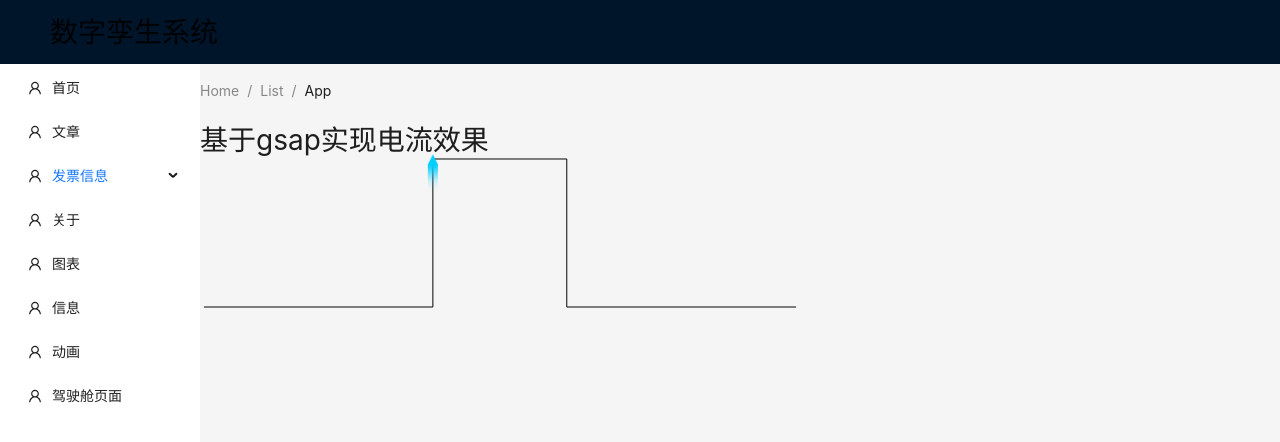
Repository: HailiePan/webpack-react-practice
Page: /animation
The author's editor kept a copy of each file at every save. The page is drawn from the files as they stood at one save, then again after a run of saves.
The browser window is 1280 px wide. The pictures show the whole page.
The project was rebuilt for these pictures with package versions that can differ from the ones it lists, and the page was loaded fresh each time. Also part of the build but not shown: src/pages/Animation/component/ScrollAnimation/index.jsx, src/pages/Home.jsx, src/pages/Invoices/index.jsx, src/pages/Invoices/Invoice.jsx, src/pages/Invoices/Pending.jsx, src/pages/Invoices/Complete.jsx, src/components/CommonBox/index.less, src/components/CommonBox/index.jsx and 27 more.

Above is the page before, as saved 2024-01-24 16:53:45.

### index.html
<!--
 * Author  hailie.pan
 * Date  2023-10-08 16:03:03
 * LastEditors  hailie.pan
 * LastEditTime  2023-10-08 16:03:04
 * Description  file content
-->
<!--
 * Author  hailie.pan
 * Date  2023-10-07 17:34:05
 * LastEditors  hailie.pan
 * LastEditTime  2023-10-07 17:34:06
 * Description  file content
-->
<!DOCTYPE html>
<html lang="en">
  <head>
    <meta charset="UTF-8" />
    <meta http-equiv="X-UA-Compatible" content="IE=edge" />
    <meta name="viewport" content="width=device-width, initial-scale=1.0" />
    <title>Document</title>
  </head>
  <body>
    <div id="app"></div>
  </body>
</html>

### src/index.jsx
/*
 * Author  hailie.pan
 * Date  2023-10-07 17:16:58
 * LastEditors  hailie.pan
 * LastEditTime  2023-10-24 17:39:40
 * Description  file content
 */
import React, { StrictMode } from "react";
import * as ReactDOM from "react-dom/client";
import { BrowserRouter, useRoutes } from "react-router-dom";
import { routes } from "@/router";
const App = () => {
  return useRoutes(routes);
};
const root = ReactDOM.createRoot(document.getElementById("app"));
// v18 的新方法
root.render(
  <StrictMode>
    <BrowserRouter>
      <App />
    </BrowserRouter>
  </StrictMode>
);

// BrowserRouter下直接渲染useRoutes,routes里配置好路径对应的组件
// 然后就会显示路径对应的组件
// useRoutes(routes)必须在函数里写着

### src/router/index.js
/*
 * @Author: Hailie.Pan
 * @Date: 2023-11-28 10:30:45
 * @LastEditors: Hailie.Pan
 * @LastEditTime: 2024-01-11 10:41:08
 * @Description:
 */
/*
 * Author  hailie.pan
 * Date  2023-10-13 17:13:27
 * LastEditors  hailie.pan
 * LastEditTime  2023-11-28 10:30:45
 * Description  file content
 */
import React from "react";
import { useRoutes } from "react-router-dom";

import BaseLayout from "@/BaseLayout";

import Home from "@/pages/Home";
import Invoices from "@/pages/Invoices";
import Invoice from "@/pages/Invoices/Invoice";
import Pending from "@/pages/Invoices/Pending";
import Complete from "@/pages/Invoices/Complete";
import About from "@/pages/About";
import Article from "@/pages/Article";
import ControlRoomFirstPage from "@/pages/ControlRoomFirstPage";
import Chart from "@/pages/Chart";
import Info from "@/pages/Info";
import Animation from '@/pages/Animation'

const routes = [
  {
    path: "/",
    element: <BaseLayout />,
    name: "一级场景",
    children: [
      { path: "/home", element: <Home />, name: "首页" },
      { path: "/article", element: <Article />, name: "文章" },
      {
        // path: "/invoices",
        // element: <Invoices />,
        name: "发票信息",
        children: [
          {
            path: "/invoices/invoicesDetail/:id",
            element: <Invoice />,
            name: "发票1详情",
          },
          {
            path: "/invoices/pending",
            element: <Pending />,
            name: "发票2详情",
          },
          {
            path: "/invoices/complete",
            element: <Complete />,
            name: "发票3详情",
          },
        ],
      },

      {
        path: "/about",
        element: <About />,
        name: "关于",
      },
      {
        path: "/chart",
        element: <Chart />,
        name: "图表",
      },
      {
        path: "/info",
        element: <Info />,
        name: "信息",
      },
      {
        path: "/animation",
        element: <Animation />,
        name: "动画",
      },
    ],
  },
  {
    path: "/controlRoomFirstPage",
    element: <ControlRoomFirstPage />,
    name: "驾驶舱页面",
  },
];

export { routes };

### src/BaseLayout/index.jsx
/*
 * Author  hailie.pan
 * Date  2023-10-13 17:28:32
 * LastEditors  hailie.pan
 * LastEditTime  2023-12-04 10:37:50
 * Description  file content
 */

import React, {useEffect, useCallback, useState, useMemo } from 'react';
import { LaptopOutlined, NotificationOutlined, UserOutlined } from '@ant-design/icons';
import { Breadcrumb, Layout, Menu, theme } from 'antd';
import { Link, NavLink, useRoutes, Navigate, Outlet } from 'react-router-dom';
import { gsap } from "gsap";
import { ScrollTrigger } from 'gsap/ScrollTrigger.js'
import { routes } from '@/router';
import StateContext from './data.js';
import styles from './index.less';
import ScrollAnimation from '@/pages/Animation/component/ScrollAnimation'
const { Header, Content, Sider } = Layout;

export default function BaseLayout() {
  // console.log("routes", routes);
  const [selectedMenuKeys, setSelectedMenuKeys] = useState([]);

  // useMemo缓存菜单的计算方法，避免每次刷新时都计算一遍
  // 这个菜单的算法还是不太优美，不好维护
  let showMenu = useMemo(
    () =>
      routes
        .map((item, index) => {
          if (item.children) {
            const arr2 = item.children.map((c, cIndex) => {
              return {
                key: cIndex,
                icon: React.createElement(UserOutlined),
                name: c.name,
                label: (
                  <NavLink to={c.path} state={'From App'}>
                    {c.name}
                  </NavLink>
                ),
                children: c?.children?.map((t, tIndex) => ({
                  key: `${cIndex}-${tIndex}`,
                  icon: React.createElement(UserOutlined),
                  name: t.name,
                  label: <NavLink to={t.path}>{t.name}</NavLink>
                }))
              };
            });
            return arr2;
          } else {
            return {
              key: 'dandu' + index,
              icon: React.createElement(UserOutlined),
              name: item.name,
              label: (
                <NavLink to={item.path} state={'From App'}>
                  {item.name}
                </NavLink>
              )
            };
          }
        })
        .flat(), // arr2是个数组，放到showMenu数组里需要拉平
    []
  );
  showMenu.flat();
  // console.log("showMenu", showMenu);

  const menuArr = [
    {
      key: 0,
      icon: React.createElement(UserOutlined),
      label: (
        <NavLink to="/home" state={'From App'}>
          首页
        </NavLink>
      )
    },

    {
      key: 1,
      icon: React.createElement(LaptopOutlined),
      label: <NavLink to="invoices">发票信息</NavLink>,
      children: [
        {
          key: '1-0',
          label: <NavLink to="/invoices/invoicesDetail/1?a=a&b=b">发票1详情页</NavLink>
        },
        {
          key: '1-1',
          label: <NavLink to="/invoices/pending?fromPage=菜单点击">发票2详情页</NavLink>
        },
        {
          key: '1-2',
          label: (
            <NavLink to="/invoices/complete" state={'左侧菜单点击'}>
              发票3详情页
            </NavLink>
          )
        }
      ]
    },
    {
      key: 2,
      icon: React.createElement(NotificationOutlined),
      label: <NavLink to="about">关于</NavLink>
    },
    {
      key: 3,
      icon: React.createElement(NotificationOutlined),
      label: <NavLink to="controlRoomFirstPage">驾驶舱页面</NavLink>
    },
    {
      key: 4,
      icon: React.createElement(LaptopOutlined),
      label: <NavLink to="article">文章</NavLink>
    }
  ];

  const onSelectMenu = ({ item, key, keyPath, selectedKeys, domEvent }) => {
    setSelectedMenuKeys([key]);
  };

  const [state, setState] = useState('playing');

  // useEffect(()=>{
  //   gsap.registerPlugin(ScrollTrigger)
  //     // 绿色方块
  //     gsap.to("#ewrwer", {
  //       rotation: 900,
  //       x:400,
  //       duration: 1,
  //       scrollTrigger: {
  //         trigger: '#ewrwer', // 动画的元素
  //         scroller: document.getElementById('21321'), // 滚动的元素
  //         scrub: 2,
  //         markers: true,
  //       },

  //     });
  // },[])

  return (
    <Layout className={styles.layoutWrap}>
{/*
      <div className={styles.box} id='21321'>
        <div className={styles.green} id='ewrwer'></div>
        <div style={{height:'1000px'}} />
      </div> */}

      {/* <ScrollAnimation /> */}


      <Header className={styles.header}>
        <div className={styles.logo} />

        <h1>数字孪生系统</h1>
      </Header>

      <Layout>
        <Sider className={styles.sider}>
          <Menu
            mode="inline"
            // defaultSelectedKeys={["0"]}
            // defaultOpenKeys={["sub1"]}
            style={{
              height: '100%',
              borderRight: 0
            }}
            items={showMenu}
            selectedKeys={selectedMenuKeys}
            onSelect={onSelectMenu}
          />
        </Sider>

        <Layout className={styles.rightLayout}>
          <Breadcrumb
            style={{
              margin: '16px 0'
            }}
          >
            <Breadcrumb.Item>Home</Breadcrumb.Item>
            <Breadcrumb.Item>List</Breadcrumb.Item>
            <Breadcrumb.Item>App</Breadcrumb.Item>
          </Breadcrumb>

          <StateContext.Provider value={{ state, setState }}>
            <Content className={styles.content} id='content'>
              <Outlet />
            </Content>
          </StateContext.Provider>
        </Layout>
      </Layout>
    </Layout>
  );
}

### src/pages/Animation/index.jsx
/*
 * @Author: Hailie.Pan
 * @Date: 2024-01-11 10:41:16
 * @LastEditors: Hailie.Pan
 * @LastEditTime: 2024-01-24 15:25:22
 * @Description:
 */
import React, { useRef, useEffect, useState } from 'react';
import { gsap } from 'gsap';
import { ScrollTrigger } from 'gsap/ScrollTrigger.js';
import MoveBox from './component/MoveBox';
import MoveOnPath from './component/MoveOnPath';
import CanvasDraw from './component/CanvasDraw';
import TimeLine from './component/TimeLine';
import ScrollAnimation from './component/ScrollAnimation';
import ScrollAnimation2 from './component/ScrollAnimation2';
import ImitateElectricity from './component/ImitateElectricity';
import DraggableCom from './component/DraggableCom';
import styles from './index.module.less';

export default function Animation() {
  let obj = { myNum: 10, myColor: 'red' };

  useEffect(() => {
    // stagger 依次执行动画
    // gsap.to([boxRef.current, boxRef2.current, boxRef3.current], {
    //   rotation: 360,
    //   stagger:1,
    //   duration:2
    // });

    gsap.to(obj, {
      myNum: 200,
      myColor: 'blue',
      onUpdate: () => {
        console.log('onUpdate', obj.myColor);
      },
      onComplete: () => console.log('onComplete', obj.myNum, obj.myColor)
    });
  }, []);

  return (
    <div className={styles.wrap}>
      {/* <MoveBox /> */}

      {/* 在canvas中驱动元素绘制 */}
      {/* <CanvasDraw /> */}

      {/* 时间线动画 stagger依次错开 */}
      {/* <TimeLine /> */}

      {/* 元素沿SVG路径移动 */}
      {/* <MoveOnPath /> */}

      {/* 把canvas的效果和gsap的效果放在一起对比 */}
      {/* 模拟电流效果 */}
      <ImitateElectricity />

      {/* 滚动动画 */}
      {/* <ScrollAnimation /> */}

      {/* 滚动动画 */}
      {/* <ScrollAnimation2 /> */}

      {/* 可拖拽 */}
      {/* <DraggableCom /> */}
    </div>
  );
}

### src/BaseLayout/data.js
/*
 * Author  hailie.pan
 * Date  2023-11-28 10:20:25
 * LastEditors  hailie.pan
 * LastEditTime  2023-11-28 10:26:27
 * Description  file content
 */
import { createContext } from "react";

const StateContext = createContext({});

export default StateContext;

### src/BaseLayout/index.less
body {
  margin: 0;
  // height: 200vh;
}


.layoutWrap {
  height: 100vh;
  overflow-y: auto;
}

.box{
  height: 200px;
  overflow-y: auto;
  // border: 1px solid rgb(239, 200, 151);
}
.green{
  width: 50px;
  height: 50px;
  background-color: green;
  border-radius: 4px;
  margin: 0 auto;
  position: fixed;
  top: 50%;
  left: 50%;
}
.header {
  display: flex;
  align-items: center;

  .logo {
    width: 100px;
    height: 40px;
    background: rgba(255, 255, 255, 0.5);
    margin-right: 20px;
  }
  h1 {
    color: #fff;
    padding: 0;
    margin: 0;
  }
}
@colorBgContainer: #fff;
.sider {
  width: 200;
  background: @colorBgContainer;
}
.rightLayout {
  padding: 0 24px 24px;
}

.content {
  padding: 24px;
  margin: 0;
  min-height: 280px;
  background: @colorBgContainer;
  // border: 1px solid green; // 高度没有被页面的高度撑开
  // height: auto;
  overflow-y: scroll;
}

### src/pages/home.less
@color: rgb(248, 157, 39);

@font-face {
  font-family: "DIN";
  src: url("@/assets/fonts/庞门正道标题体2.0增强版.ttf");
  font-style: normal;
  font-weight: normal;
}
.wrapper {
  font-weight: 700;
  color: #333;

  ul {
    color: @color;
    // list-style-type: none;
  }
  .fontStyle {
    font-family: "DIN";
  }

  .box {
    height: 500px;
    margin-top: 20px;
    display: flex;
    .item {
      flex-shrink: 1; //属性定义了项目的缩小比例，默认为1，即如果空间不足，该项目将缩小
      flex-grow: 1; // 定义项目的放大比例，默认为0，即如果存在剩余空间，也不放大
      width: 300px;
      background-color: #fce09e;
      border: 1px solid rgb(255, 162, 0);
    }
  }
  .showImg {
    display: flex;
    img {
      width: 100px;
      height: 100px;
      margin-top: 10px;
      display: block;
    }
  }
}

### src/pages/Animation/component/ImitateElectricity/index.jsx
/*
 * @Author: Hailie.Pan
 * @Date: 2024-01-16 22:18:53
 * @LastEditors: Hailie.Pan
 * @LastEditTime: 2024-01-24 16:53:45
 * @Description:
 */
import React, { useEffect, useRef } from 'react';
import { gsap } from 'gsap';
import { MotionPathPlugin, MotionPathHelper } from 'gsap/all';
import { Button } from 'antd';
import styles from './index.module.less';

export default function ImitateElectricity() {
  const jiantou = useRef();
  const jiantou2 = useRef();

  // 注册插件
  gsap.registerPlugin(MotionPathPlugin);
  const tl = gsap.timeline({ repeat: -1 });

  useEffect(() => {
    gsap.set([jiantou.current, jiantou2.current], { scale: 0.5, autoAlpha: 1 });
    gsap.set([jiantou2.current], { opacity: 0 });

    tl.to([jiantou.current], {
      duration: 2,
      ease: 'none',
      immediateRender: true,
      // stagger: 2, // 间隔时间
      motionPath: {
        path: '#xianlu', // 路径
        align: '#xianlu', // 对齐到路径
        alignOrigin: [0.5, 0.5], // 对齐原点
        autoRotate: 90, // 沿路径方向旋转角度
        end: 0.25
      }
    });
    tl.to([jiantou.current], {
      duration: 0.25,
      opacity: 0
    });
    tl.to(
      [jiantou2.current],
      {
        duration: 0.25,
        opacity: 1
      },
      '<'
    );

    tl.to([jiantou2.current], {
      duration: 1.5,
      ease: 'none',
      immediateRender: true,
      // stagger: 2, // 间隔时间
      // repeatDelay: 0.5,
      motionPath: {
        path: '#xianlu', // 路径
        align: '#xianlu', // 对齐到路径
        alignOrigin: [0.5, 0.5], // 对齐原点
        autoRotate: 90, // 沿路径方向旋转角度
        start: 0.28,
        end: 0.41
      }
    });

    // gsap.registerPlugin(MotionPathPlugin, MotionPathHelper)
  }, []);

  return (
    <div>
      <h1>基于gsap实现电流效果</h1>
      {/* svg路径必须是path */}
      <svg class={styles.motionPath} viewBox="0 0 600 152">
        <path fill="none" stroke="#000" d="m0,151h231.97V1h135.69v150h232.35" />
        <path
          id="xianlu"
          fill="none"
          stroke="none"
          d="m0,151h225.12c3.78,0,6.85-3.06,6.85-6.85V8.04c0-3.89,3.15-7.04,7.04-7.04h121.97c3.69,0,6.68,2.99,6.68,6.68v136.63c0,3.69,3,6.69,6.69,6.69h225.66"
        />
      </svg>

      <div className={styles.jiantou} ref={jiantou}></div>
      <div className={styles.jiantou} ref={jiantou2}></div>
    </div>
  );
}

### src/pages/Animation/component/ScrollAnimation/index.module.less

.wrap{
  border:1px solid red;
  height: 600px;
  background-color: #111;
  color: white;
  // overflow-x: hidden;
  overflow-y: scroll;
}
h1, h2 {
  margin: 0;
  font-weight: 400;
  max-width: none;
}
.headerSection{
  height: 400px;
  line-height: 400px;
  border: 1px solid rgb(255, 140, 0);
}

.comparisonSection {
  position: relative;
  padding-bottom: 56.25%; /* to maintain aspect ratio (responsive!) */
  border: 1px solid yellow;

  .comparisonImage {
    width: 100%;
    height: 100%;

    img {
      width: 100%;
      height: 100%;
      position: absolute;
      top: 0;
    }
  }

  .afterImage {
    position: absolute;
    overflow: hidden;
    top: 0;
    transform: translate(100%, 0px);
    img {
      transform: translate(-100%, 0px);
    }
  }
}

### src/pages/Animation/component/ImitateElectricity/index.module.less
.motionPath {
  overflow: visible;
  width: 600px;
  height: 150px;
}

.jiantou {
  width: 20px;
  height: 77px;
  background: url('./assets/jiantou2.png');
}

After the next 2 saves:
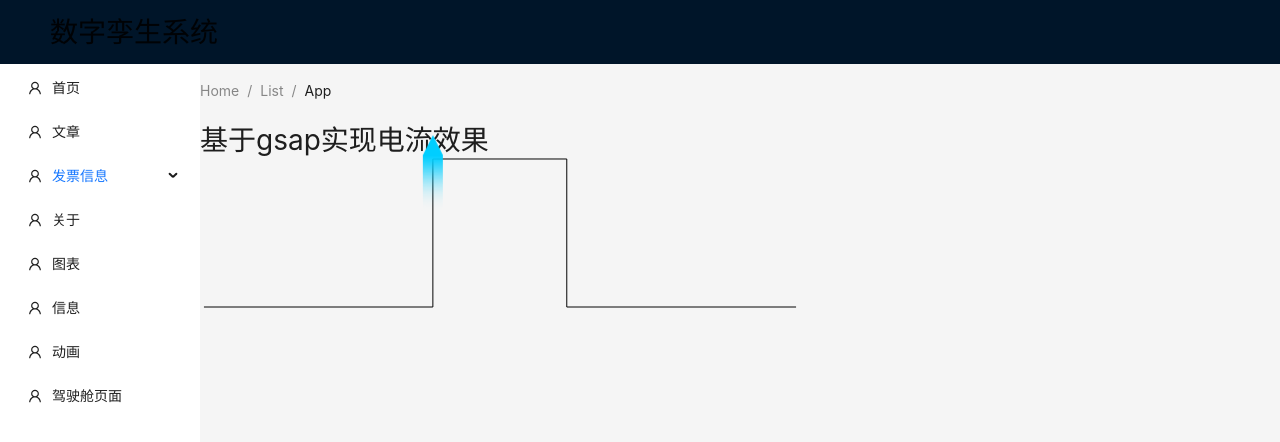
The 2 saves are shown as one change because 1 did not build or start.
The last was saved 89 s later.
--- a/src/pages/Animation/component/ImitateElectricity/index.jsx
+++ b/src/pages/Animation/component/ImitateElectricity/index.jsx
@@ -2,7 +2,7 @@
  * @Author: Hailie.Pan
  * @Date: 2024-01-16 22:18:53
  * @LastEditors: Hailie.Pan
- * @LastEditTime: 2024-01-24 16:53:45
+ * @LastEditTime: 2024-01-24 16:55:14
  * @Description:
  */
 import React, { useEffect, useRef } from 'react';
@@ -19,10 +19,10 @@
   gsap.registerPlugin(MotionPathPlugin);
   const tl = gsap.timeline({ repeat: -1 });
 
+  // gsap.set([jiantou.current, jiantou2.current], { scale: 0.5, autoAlpha: 1 });
+
   useEffect(() => {
-    gsap.set([jiantou.current, jiantou2.current], { scale: 0.5, autoAlpha: 1 });
     gsap.set([jiantou2.current], { opacity: 0 });
-
     tl.to([jiantou.current], {
       duration: 2,
       ease: 'none',

After the 3 saves that followed:
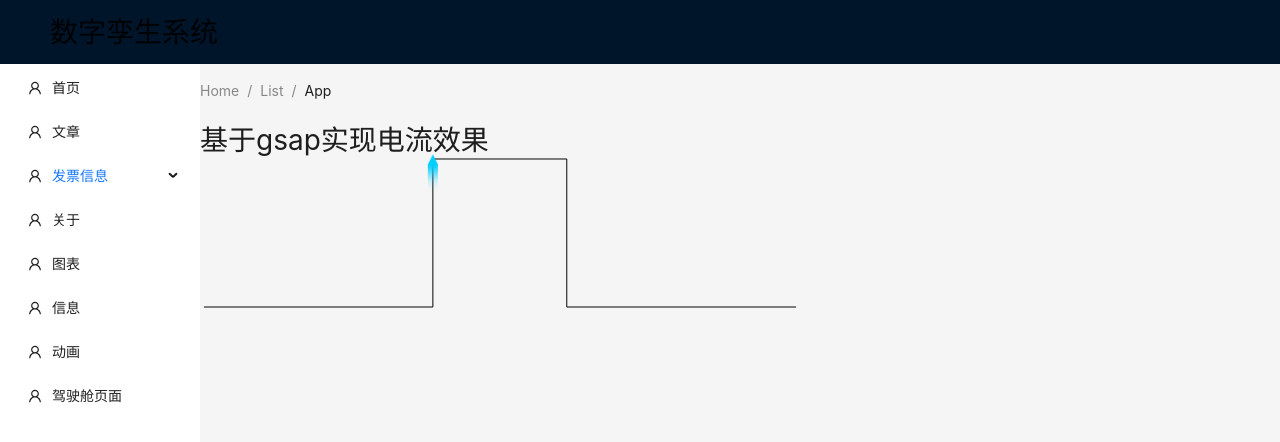
The 3 saves are shown as one change because they came seconds apart.
The last was saved 17 s later.
--- a/src/pages/Animation/component/ImitateElectricity/index.jsx
+++ b/src/pages/Animation/component/ImitateElectricity/index.jsx
@@ -19,10 +19,10 @@
   gsap.registerPlugin(MotionPathPlugin);
   const tl = gsap.timeline({ repeat: -1 });
 
-  // gsap.set([jiantou.current, jiantou2.current], { scale: 0.5, autoAlpha: 1 });
+  useEffect(() => {
+    gsap.set([jiantou.current, jiantou2.current], { scale: 0.5, autoAlpha: 1 });
+    gsap.set([jiantou2.current], { opacity: 0 });
 
-  useEffect(() => {
-    gsap.set([jiantou2.current], { opacity: 0 });
     tl.to([jiantou.current], {
       duration: 2,
       ease: 'none',
